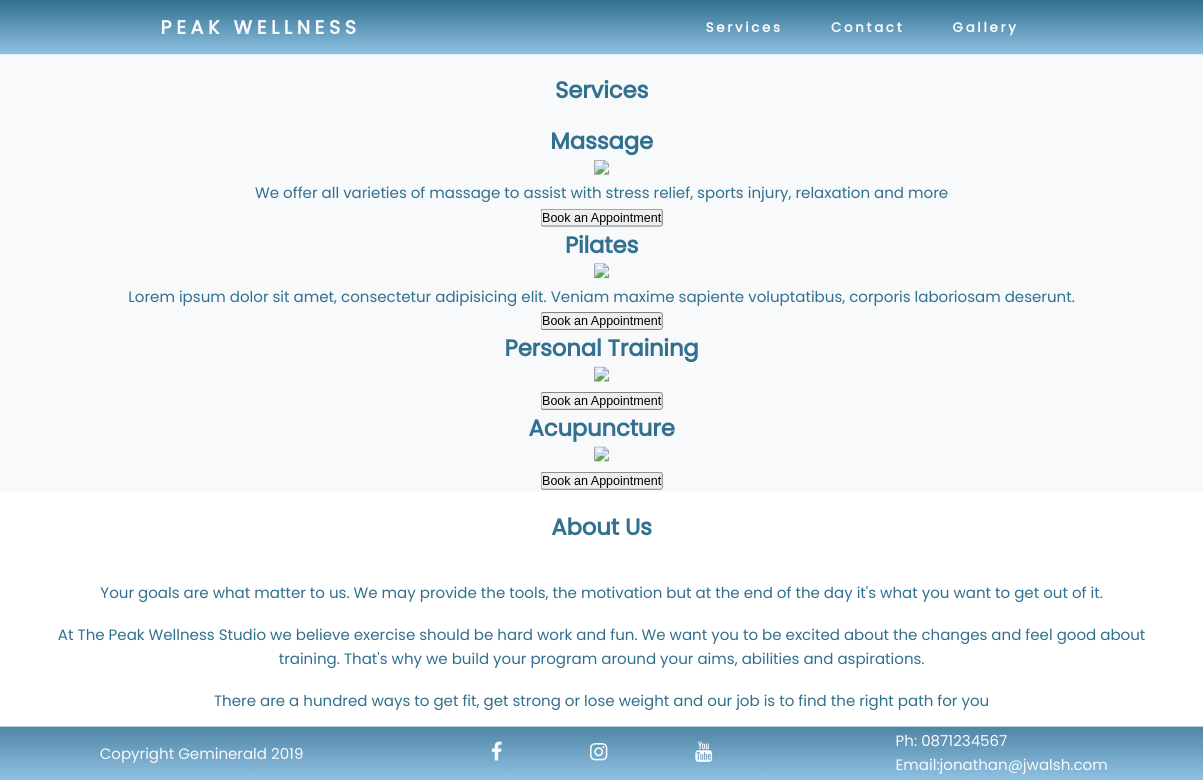
Repository: geminerald/peakwellness
Page: services.html
The author's editor kept a record of every edit. The page is drawn from the files as they stood at one moment, then again after the next edit.
The browser window is 1280 px wide. The pictures show the whole page, at 94% of full size.

Above is the page before.

### services.html
<!DOCTYPE html>
<html lang="en">

<head>
    <meta charset="UTF-8">
    <meta name="viewport" content="width=device-width, initial-scale=1.0, maximum-scale=1.0, user-scalable=0">
    <meta http-equiv="X-UA-Compatible" content="ie=edge">
    <link rel="stylesheet" href="assets/style.css" type="text/css" />
    <link href="https://fonts.googleapis.com/css?family=Poppins&display=swap" rel="stylesheet">
    <title>Peak Wellness</title>
    <link rel="icon" href="./images/peak-icon.png">
    <link rel="stylesheet" href="https://stackpath.bootstrapcdn.com/font-awesome/4.7.0/css/font-awesome.min.css" type="text/css" />

</head>

<body>
    <nav>
        <div class="logo">
            <h4><a href="index.html">Peak Wellness</h4></a>
        </div>
        <ul class="nav-links">
            <li>
                <a href="services.html">Services</a>
            </li>
            <li>
                <a href="contact.html">Contact</a>
            </li>
            <li>
                <a href="gallery.html">Gallery</a>
            </li>

        </ul>
        <div class="burger">
            <div class="line1"></div>
            <div class="line2"></div>
            <div class="line3"></div>
        </div>
    </nav>
    <section>
        <div class="service-container">
            <div class="services">
                <h1>Services</h1>
                <div class="service">
                    <figure class="front">
                        <h2>Massage</h2><img src="#"></figure>
                    <figure class="back">
                        <p>We offer all varieties of massage to assist with stress relief, sports injury, relaxation and more</p>
                        <button href="contact.html">Book an Appointment</button>
                    </figure>
                </div>
                <div class="service">
                    <figure class="front">
                        <h2>Pilates</h2><img src="#"></figure>
                    <figure class="back">
                        <p>Lorem ipsum dolor sit amet, consectetur adipisicing elit. Veniam maxime sapiente voluptatibus, corporis laboriosam deserunt.</p> <button href="contact.html">Book an Appointment</button></figure>
                </div>
                <div class="service">
                    <figure class="front">
                        <h2>Personal Training</h2><img src="#"></figure>
                    <figure class="back">
                        <p></p> <button href="contact.html">Book an Appointment</button></figure>
                </div>
                <div class="service">
                    <figure class="front">
                        <h2>Acupuncture</h2><img src="#"></figure>
                    <figure class="back">
                        <p></p> <button href="contact.html">Book an Appointment</button></figure>
                </div>
            </div>
            <div class="about">
                <h1>About Us</h1>
                <p>
                    Your goals are what matter to us. We may provide the tools, the motivation but at the end of the day it's what you want to get out of it.
                </p>
                <p>
                    At The Peak Wellness Studio we believe exercise should be hard work and fun. We want you to be excited about the changes and feel good about training. That's why we build your program around your aims, abilities and aspirations.
                </p>
                <p>
                    There are a hundred ways to get fit, get strong or lose weight and our job is to find the right path for you
                </p>
            </div>

        </div>
    </section>
    <footer>
        <div class="f-item">
            <a class="show-mobile" target="_blank" href="https://github.com/geminerald"><i class="fa fa-copyright"></i> </a>
            <p class="hidden-mobile">Copyright <a target="_blank" href="https://github.com/geminerald"> Geminerald </a> 2019</p>
        </div>
        <div class="f-item">
            <ul class="social-links">
                <li><a target="_blank" href="https://www.facebook.com/PeakWellnessstudio/"><i class="fa fa-facebook"></i></a></li>
                <li><a target="_blank" href="https://www.instagram.com/thepeakwellnessstudio/"><i class="fa fa-instagram"></i></a></li>
                <li><a target="_blank" href="https://www.youtube.com/channel/UC_d9R5XdeesvneUyRDroG0w?"><i class="fa fa-youtube"></i></a></li>
            </ul>
        </div>
        <div class="f-item">
            <a class="show-mobile" href="contact.html"><i class="fa fa-phone"></i></a>
            <p class="hidden-mobile">Ph: 0871234567<br>Email:jonathan@jwalsh.com</p>
        </div>
    </footer>
    <script src="./assets/nav.js"></script>
</body>

</html>

### assets/style.css
* {
    margin: 0;
    padding: 0;
    box-sizing: border-box;
}

body {
    font-family: 'Poppins', sans-serif;
    color: #f7f9fb;
}

a {
    text-decoration: none;
    color: #f7f9fb;
}

/*----------------------------------------------------------------Colours

Grey/Green: #687864
Dark Blue: #31708e
Medium Blue: #5085a5
Light Blue: #8fc1e3
White: #f7f9fb

Colours from: https://visme.co/blog/website-color-schemes/

*/

/*----------------------------------------------------------------Nav*/

/*Nav Elements: Dev Ed:

https://www.youtube.com/watch?v=gXkqy0b4M5g

*/

nav {
    display: flex;
    justify-content: space-around;
    align-items: center;
    min-height: 8vh;
    background: linear-gradient(180deg, #31708E 0%, #8FC1E3 100%);

}

.logo {
    color: #fafafa;
    text-transform: uppercase;
    letter-spacing: 5px;
    font-size: 20px;

}

.nav-links {
    display: flex;
    width: 30%;
    justify-content: space-around;

}

.nav-links li {
    list-style: none;
}

.nav-links a {
    color: #fafafa;
    text-decoration: none;
    letter-spacing: 3px;
    font-weight: bold;
    font-size: 14px;

}

.burger {
    display: none;
    cursor: pointer;
}

.burger div {
    width: 25px;
    height: 3px;
    background-color: #fafafa;
    margin: 5px;
    transition: all 0.3s ease;

}

@media screen and (max-width:1068px) {
    .nav-links {
        width: 50%;
    }
}

@media screen and (max-width:768px) {
    body {
        overflow-x: hidden;
    }

    .nav-links {
        position: absolute;
        ;
        right: 0px;
        height: 92vh;
        top: 8vh;
        background: linear-gradient(270deg, #31708E 0%, #8FC1E3 100%);
        display: flex;
        flex-direction: column;
        align-items: center;
        width: 70%;
        transform: translateX(100%);
        transition: transform 0.5s ease-in;
        z-index:1;
    }
    .nav-links li {
        opacity: 0;
    }
    .burger {
        display: block;
    }
}

.nav-active {
    transform: translateX(0%);
}

@keyframes navLinkFade {
    from {
        opacity: 0;
        transform: translateX(50px);
    }
    to {
        opacity: 1;
        transform: translateX(0px);
    }
}

.toggle .line1 {
    transform: rotate(-45deg) translate(-5px, 6px);
}

.toggle .line2 {
    opacity: 0;
}

.toggle .line3 {
    transform: rotate(45deg) translate(-5px, -6px);
}

/*----------------------------------------------------------------Nav*/

/*----------------------------------------------------------------Home*/

.home-container {
    background-image: url("../images/home-bg.jpg");
    background-repeat: no-repeat;
    background-position: center;
    background-size: cover;
    z-index:0;
    margin: auto;
    height: 90vh;
    width: 100%;
    display: flex;
    justify-content: space-around;
    align-items: center;
    flex-flow: column;
}

.appear1 {
    animation: appear 1s ease-in;
}

.appear2 {
    opacity: 0;
    animation: appear 4s ease-in;
    animation-delay: 2s;
    animation-fill-mode: forwards;
}

/*----------------------------------------------------------------Home*/

/*----------------------------------------------------------------Services*/

.about {
    display: flex;
    flex-flow: column wrap;
    align-items: center;
    color: #31708e;
}

.about h1,
.services h1 {
    margin: 20px;
}

.about p {
    margin: 20px 30px 0px 30px;
    text-align: center;
}

.services {
    display: flex;
    flex-flow: column wrap;
    align-items: center;
    color: #31708e;
    background-color:#f7f9fb;
}
.service-container{
    margin-bottom:15px;
}

.service{
    display:flex;
    align-items:center;
    justify-content:center;
    flex-flow:column wrap;
}

figure{
    text-align: center;
}

.image-cropper {
    width: 250px;
    height: 250px;
    position: relative;
    overflow: hidden;
    border-radius: 50%;
}

.image-cropper img {
    display: inline;
    margin: 0 auto;
    height: 100%;
    width: auto;
}

/*----------------------------------------------------------------Services*/

/*----------------------------------------------------------------Footer*/

footer {
    height: 8vh;
    width: 100%;
    background: linear-gradient(180deg, #5085A5 0%, #8FC1E3 100%);
    display: flex;
    flex-direction: row;
    justify-content: space-evenly;
}

.f-item {
    display: flex;
    align-items: center;
    justify-content: space-evenly;
    flex-direction: row;
    width: 33%;
}

.social-links {
    display: flex;
    justify-content: space-evenly;
    list-style: none;
    width: 100%;
}

.social-links li a i,
.f-item a i {
    font-size: 3vh;
}


.hidden-mobile {
    display: block;
}

.show-mobile {
    display: none;
}

@media screen and (max-width:768px) {
    .hidden-mobile {
        display: none;
    }
    .show-mobile {
        display: block;
    }
}

/*----------------------------------------------------------------Footer*/

/*----------------------------------------------------------------KeyFrames*/

@keyframes appear {
    from {
        opacity: 0
    }
    to {
        opacity: 1
    }

}

/*----------------------------------------------------------------KeyFrames*/

### assets/nav.js
const navSlide = () => {
    const burger = document.querySelector('.burger');
    const nav = document.querySelector('.nav-links');
    const navLinks = document.querySelectorAll('.nav-links li');

    burger.addEventListener('click', () => {
        nav.classList.toggle('nav-active');
        navLinks.forEach((link, index) => {
            if (link.style.animation) {
                link.style.animation = '';
            } else {
                link.style.animation = `navLinkFade 0.5s ease forwards ${index/7 + 1}s`;
            }
        });
        burger.classList.toggle('toggle');
    });
}

navSlide();

After the next edit:
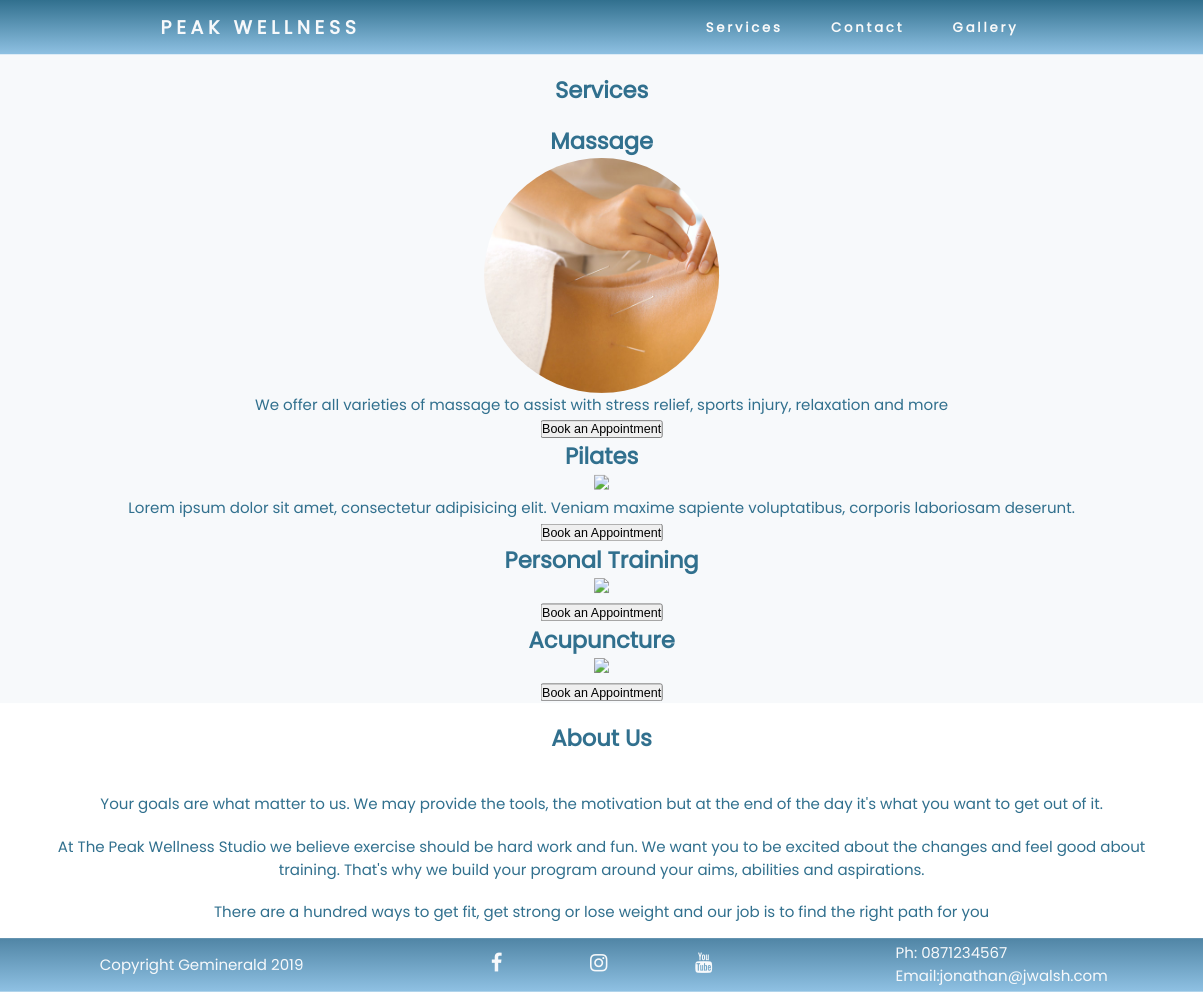
The edit:
--- a/services.html
+++ b/services.html
@@ -42,7 +42,9 @@
                 <h1>Services</h1>
                 <div class="service">
                     <figure class="front">
-                        <h2>Massage</h2><img src="#"></figure>
+                        <h2>Massage</h2>
+                        <div class="image-cropper"><img src="./images/acupuncture.jpg"></div>
+                    </figure>
                     <figure class="back">
                         <p>We offer all varieties of massage to assist with stress relief, sports injury, relaxation and more</p>
                         <button href="contact.html">Book an Appointment</button>
